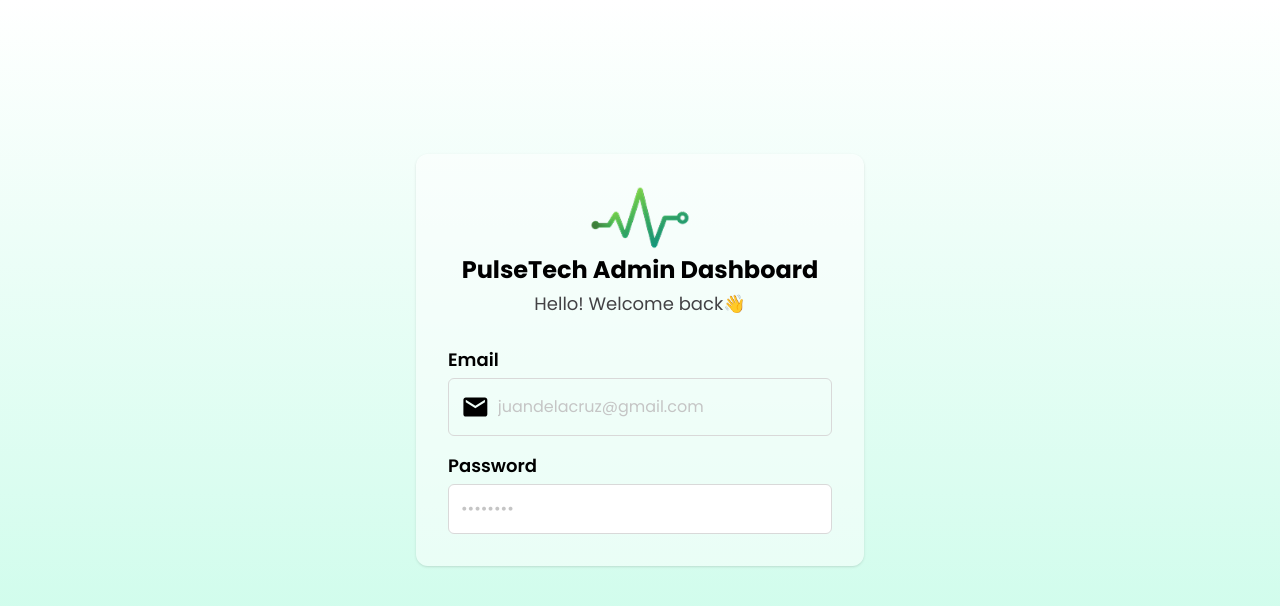
Repository: ShyrineJardin/pulse_admin
Page: /
An editor plug-in stored every save of this project. The page is shown before and after a run of saves, followed by the edit.
The browser window is 1280 px wide. The pictures show the whole page.
The project was rebuilt for these pictures with package versions that can differ from the ones it lists, and the page was loaded fresh each time.

Above is the page before, as saved 2026-03-25 11:14:07.

After the next 2 saves:
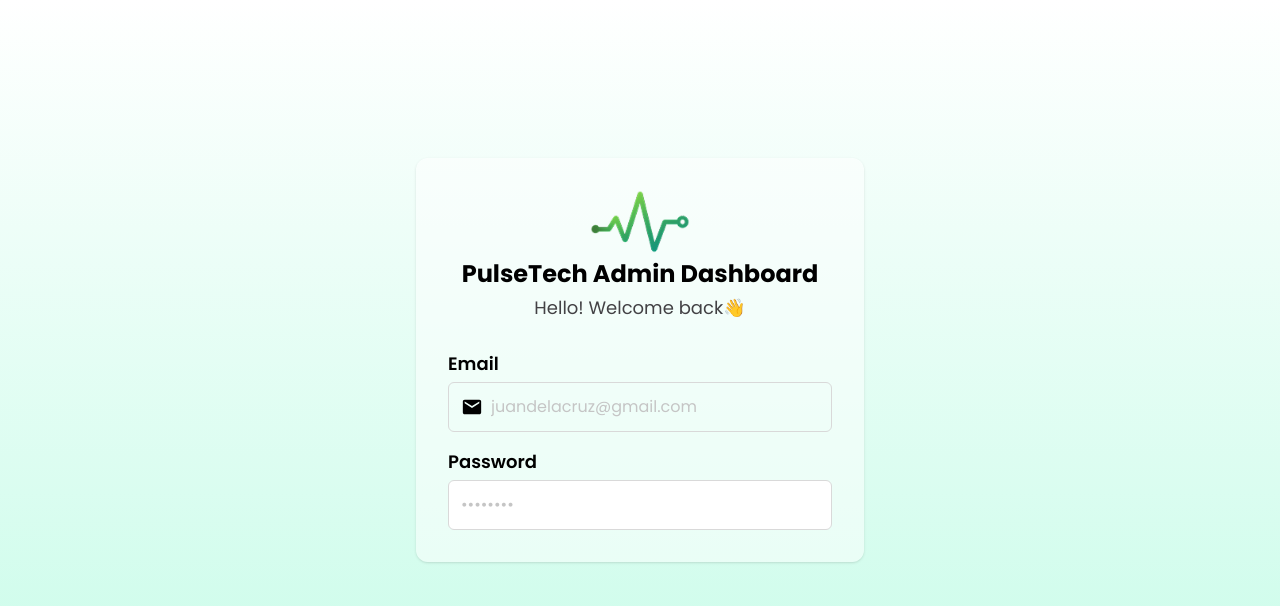
The 2 saves are shown as one change because they came seconds apart.
The last was saved 20 s later.
--- a/src/components/Login.jsx
+++ b/src/components/Login.jsx
@@ -15,7 +15,7 @@ const Login = () => {
                         <div className="flex flex-col gap-1">
                             <h3 className="text-left font-semibold text-lg">Email</h3>
                             <div className="flex items-center gap-2 bg-#F6F6F6 p-3 border border-[#D9D9D9] rounded-md focus-within:ring-2 focus-within:ring-primary">
-                                <MdEmail className="h-8 w-8" />
+                                <MdEmail className="h-6 w-6" />
                                 <input type="email" placeholder="juandelacruz@gmail.com" className=" placeholder:text-[#C5C5C5] bg-transparent outline-none w-full" />
                             </div>
                         </div>
